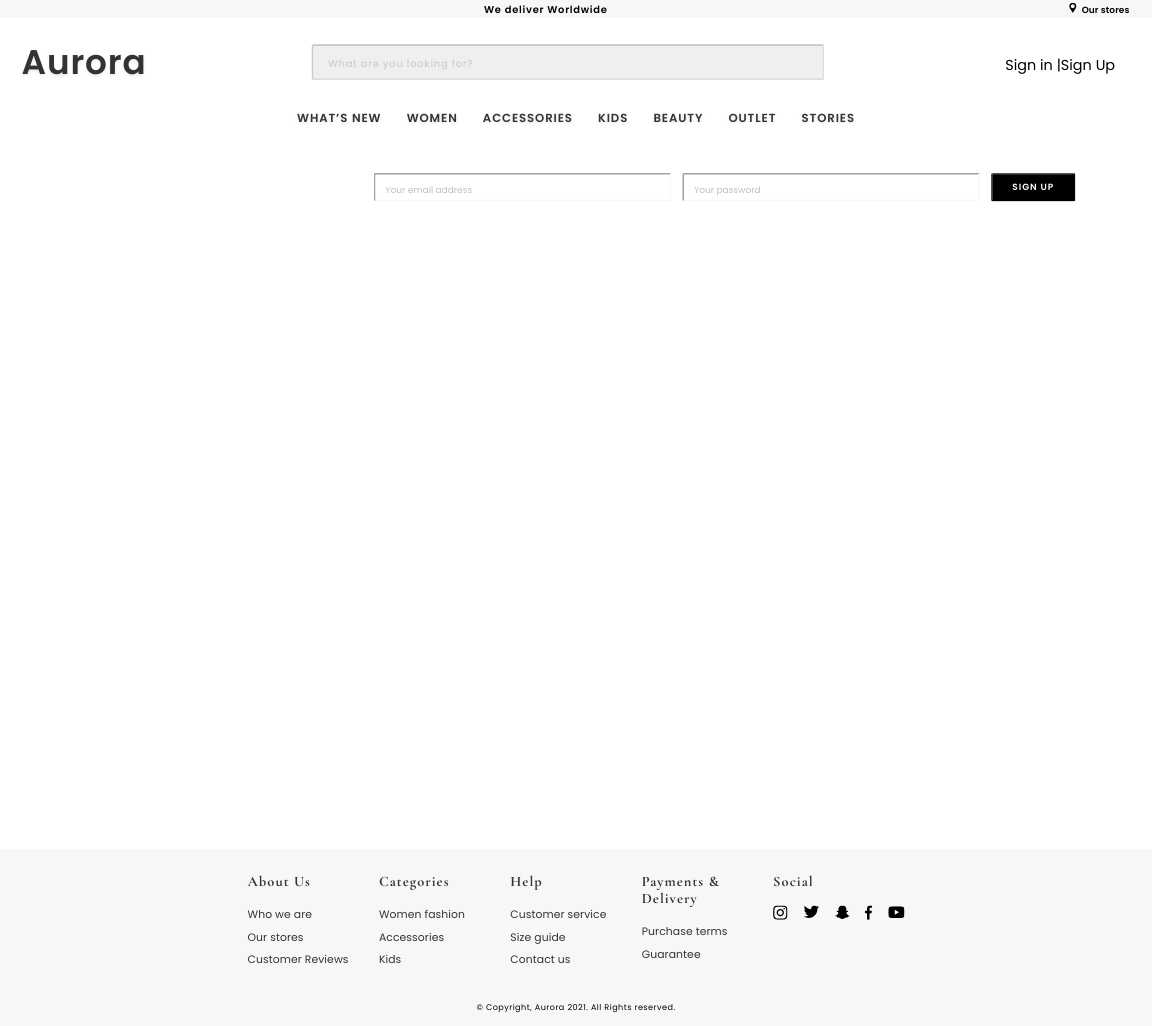
Repository: YuraKrvz/aurora-react-redux-toolkit-firebase
Page: /signUp
These files come from the project's save history. The page is drawn as it stood at one moment and after the next save; the edit follows.
The browser window is 1280 px wide. The pictures show the whole page, at 90% of full size.
The project was rebuilt for these pictures with package versions that can differ from the ones it lists, and the page was loaded fresh each time. Also part of the build but not shown: src/components/MainSection/MainSection.jsx, src/pages/HomeGuest.jsx, src/pages/HomeUser.jsx, src/pages/SignIn.jsx.

Above is the page before, as saved 2021-11-29 15:14:22.

After the next save:
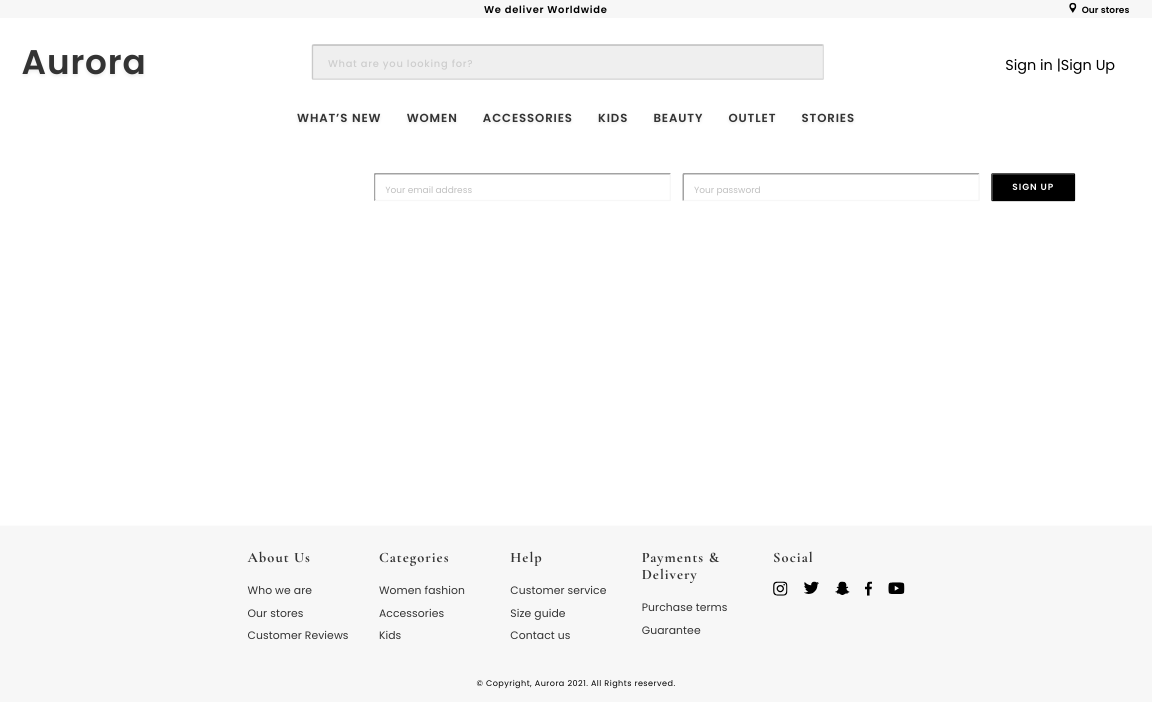
Saved 8 s later.
--- a/src/components/MainSection/MainSection.module.css
+++ b/src/components/MainSection/MainSection.module.css
@@ -25,7 +25,7 @@
    display: block;
    margin: 32px auto;
    width: 450px;
-   height: 100vh;
+   height: 50vh;
 }
 .text{
    margin-bottom: 14px;
